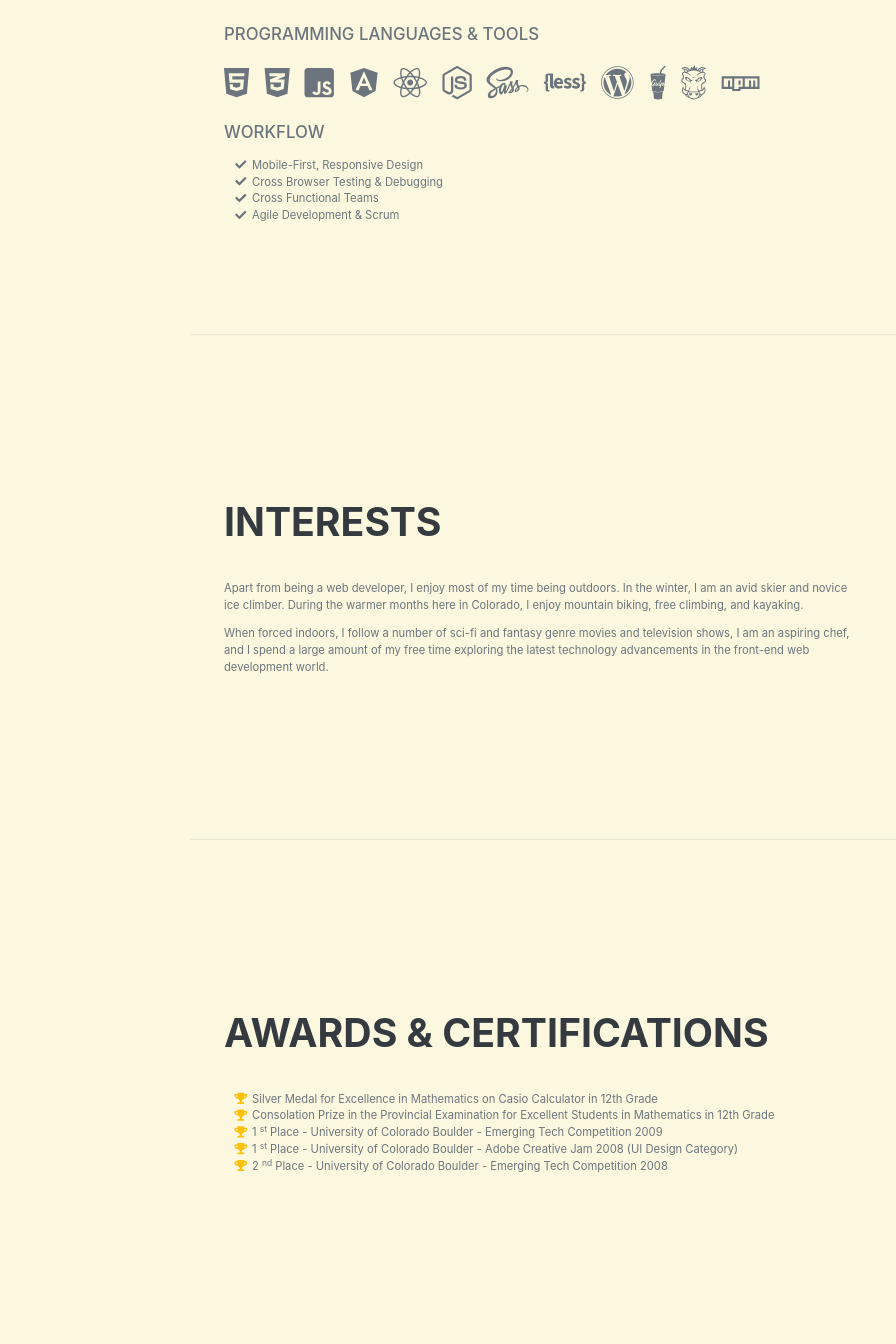
Repository: nguyenlcc/Online-CV
Page: index.html
These files come from the project's save history. The page is drawn as it stood at one moment and after the next save; the edit follows.
The browser window is 1280 px wide. The pictures show the part of the page from y = 2890 to 4810 px (the page is 4810 px tall), at 70% of full size.
Some web fonts or font styles are not loaded; a fallback is used. Some web libraries are served in a nearby version.

Above is the page before, as saved 2022-05-22 15:43:08.

### index.html
<!DOCTYPE html>
<html lang="en">
  <head>
    <meta charset="utf-8" />
    <meta
      name="viewport"
      content="width=device-width, initial-scale=1, shrink-to-fit=no"
    />
    <meta name="description" content="" />
    <meta name="author" content="" />
    <title>Resume - Start Bootstrap Theme</title>
    <link rel="icon" type="image/x-icon" href="assets/img/favicon.ico" />
    <!-- Font Awesome icons (free version)-->
    <script
      src="https://use.fontawesome.com/releases/v5.13.0/js/all.js"
      crossorigin="anonymous"
    ></script>
    <!-- Google fonts-->
    <link
      href="https://fonts.googleapis.com/css?family=Saira+Extra+Condensed:500,700"
      rel="stylesheet"
      type="text/css"
    />
    <link
      href="https://fonts.googleapis.com/css?family=Muli:400,400i,800,800i"
      rel="stylesheet"
      type="text/css"
    />
    <!-- Core theme CSS (includes Bootstrap)-->
    <link href="css/styles.css" rel="stylesheet" />
  </head>
  <body id="page-top">
    <!-- Navigation-->
    <nav
      class="navbar navbar-expand-lg navbar-dark bg-primary fixed-top"
      id="sideNav"
    >
      <a class="navbar-brand js-scroll-trigger" href="#page-top">
        <span class="d-block d-lg-none">LE CONG NGUYEN</span>
        <span class="d-none d-lg-block"
          ><img
            class="img-fluid img-profile rounded-circle mx-auto mb-2"
            src="assets/img/profile.jpg"
            alt=""
        /></span>
      </a>
      <button
        class="navbar-toggler"
        type="button"
        data-toggle="collapse"
        data-target="#navbarSupportedContent"
        aria-controls="navbarSupportedContent"
        aria-expanded="false"
        aria-label="Toggle navigation"
      >
        <span class="navbar-toggler-icon"></span>
      </button>
      <div class="collapse navbar-collapse" id="navbarSupportedContent">
        <ul class="navbar-nav">
          <li class="nav-item">
            <a class="nav-link js-scroll-trigger" href="#about">About</a>
          </li>
          <li class="nav-item">
            <a class="nav-link js-scroll-trigger" href="#experience"
              >Experience</a
            >
          </li>
          <li class="nav-item">
            <a class="nav-link js-scroll-trigger" href="#education"
              >Education</a
            >
          </li>
          <li class="nav-item">
            <a class="nav-link js-scroll-trigger" href="#skills">Skills</a>
          </li>
          <li class="nav-item">
            <a class="nav-link js-scroll-trigger" href="#interests"
              >Interests</a
            >
          </li>
          <li class="nav-item">
            <a class="nav-link js-scroll-trigger" href="#awards">Awards</a>
          </li>
        </ul>
      </div>
    </nav>
    <!-- Page Content-->
    <div class="container-fluid p-0">
      <!-- About-->
      <section class="resume-section" id="about">
        <div class="resume-section-content">
          <h1 class="mb-0">
            LE CONG
            <span class="text-primary">NGUYEN</span>
          </h1>
          <div class="subheading mb-5">
            THINH LIET, HOANG MAI, HA NOI · 0904532091 ·
            <a href="mailto:name@email.com">nguyen.lc41@gmail.com</a>
          </div>
          <p class="lead mb-5">
            I am experienced in leveraging agile frameworks to provide a robust
            synopsis for high level overviews. Iterative approaches to corporate
            strategy foster collaborative thinking to further the overall value
            proposition.
          </p>
          <div class="social-icons">
            <a class="social-icon" href="https://www.linkedin.com/in/nguy%C3%AAn-l%C3%AA-c%C3%B4ng-0b1731233/"
              ><i class="fab fa-linkedin-in"></i
            ></a>
            <a class="social-icon" href="https://github.com/nguyenlecong"><i class="fab fa-github"></i></a>
            <a class="social-icon" href="https://twitter.com/vi3ix_"><i class="fab fa-twitter"></i></a>
            <a class="social-icon" href="https://www.facebook.com/nguyenlc5139/"
              ><i class="fab fa-facebook-f"></i
            ></a>
          </div>
        </div>
      </section>
      <hr class="m-0" />
      <!-- Experience-->
      <section class="resume-section" id="experience">
        <div class="resume-section-content">
          <h2 class="mb-5">Experience</h2>
          <div
            class="d-flex flex-column flex-md-row justify-content-between mb-5"
          >
            <div class="flex-grow-1">
              <h3 class="mb-0">Senior Web Developer</h3>
              <div class="subheading mb-3">Intelitec Solutions</div>
              <p>
                Bring to the table win-win survival strategies to ensure
                proactive domination. At the end of the day, going forward, a
                new normal that has evolved from generation X is on the runway
                heading towards a streamlined cloud solution. User generated
                content in real-time will have multiple touchpoints for
                offshoring.
              </p>
            </div>
            <div class="flex-shrink-0">
              <span class="text-primary">March 2013 - Present</span>
            </div>
          </div>
          <div
            class="d-flex flex-column flex-md-row justify-content-between mb-5"
          >
            <div class="flex-grow-1">
              <h3 class="mb-0">Web Developer</h3>
              <div class="subheading mb-3">Intelitec Solutions</div>
              <p>
                Capitalize on low hanging fruit to identify a ballpark value
                added activity to beta test. Override the digital divide with
                additional clickthroughs from DevOps. Nanotechnology immersion
                along the information highway will close the loop on focusing
                solely on the bottom line.
              </p>
            </div>
            <div class="flex-shrink-0">
              <span class="text-primary">December 2011 - March 2013</span>
            </div>
          </div>
          <div
            class="d-flex flex-column flex-md-row justify-content-between mb-5"
          >
            <div class="flex-grow-1">
              <h3 class="mb-0">Junior Web Designer</h3>
              <div class="subheading mb-3">Shout! Media Productions</div>
              <p>
                Podcasting operational change management inside of workflows to
                establish a framework. Taking seamless key performance
                indicators offline to maximise the long tail. Keeping your eye
                on the ball while performing a deep dive on the start-up
                mentality to derive convergence on cross-platform integration.
              </p>
            </div>
            <div class="flex-shrink-0">
              <span class="text-primary">July 2010 - December 2011</span>
            </div>
          </div>
          <div class="d-flex flex-column flex-md-row justify-content-between">
            <div class="flex-grow-1">
              <h3 class="mb-0">Web Design Intern</h3>
              <div class="subheading mb-3">Shout! Media Productions</div>
              <p>
                Collaboratively administrate empowered markets via plug-and-play
                networks. Dynamically procrastinate B2C users after installed
                base benefits. Dramatically visualize customer directed
                convergence without revolutionary ROI.
              </p>
            </div>
            <div class="flex-shrink-0">
              <span class="text-primary">September 2008 - June 2010</span>
            </div>
          </div>
        </div>
      </section>
      <hr class="m-0" />
      <!-- Education-->
      <section class="resume-section" id="education">
        <div class="resume-section-content">
          <h2 class="mb-5">Education</h2>
          <div
            class="d-flex flex-column flex-md-row justify-content-between mb-5"
          >
            <div class="flex-grow-1">
              <h3 class="mb-0">HANOI UNIVERSITY OF SCIENCE AND TECHNOLOGY</h3>
              <div class="subheading mb-3">
                SCHOOL OF INFORMATION AND COMMUNICATION TECHNOLOGY
              </div>
              <div>Computer Science</div>
              <p>GPA: 3.16</p>
            </div>
            <div class="flex-shrink-0">
              <span class="text-primary">August 2017 - Now</span>
            </div>
          </div>
          <!-- <div class="d-flex flex-column flex-md-row justify-content-between">
            <div class="flex-grow-1">
              <h3 class="mb-0">James Buchanan High School</h3>
              <div class="subheading mb-3">Technology Magnet Program</div>
              <p>GPA: 3.56</p>
            </div>
            <div class="flex-shrink-0">
              <span class="text-primary">August 2002 - May 2006</span>
            </div> -->
          </div>
        </div>
      </section>
      <hr class="m-0" />
      <!-- Skills-->
      <section class="resume-section" id="skills">
        <div class="resume-section-content">
          <h2 class="mb-5">Skills</h2>
          <div class="subheading mb-3">Programming Languages & Tools</div>
          <ul class="list-inline dev-icons">
            <li class="list-inline-item"><i class="fab fa-html5"></i></li>
            <li class="list-inline-item"><i class="fab fa-css3-alt"></i></li>
            <li class="list-inline-item"><i class="fab fa-js-square"></i></li>
            <li class="list-inline-item"><i class="fab fa-angular"></i></li>
            <li class="list-inline-item"><i class="fab fa-react"></i></li>
            <li class="list-inline-item"><i class="fab fa-node-js"></i></li>
            <li class="list-inline-item"><i class="fab fa-sass"></i></li>
            <li class="list-inline-item"><i class="fab fa-less"></i></li>
            <li class="list-inline-item"><i class="fab fa-wordpress"></i></li>
            <li class="list-inline-item"><i class="fab fa-gulp"></i></li>
            <li class="list-inline-item"><i class="fab fa-grunt"></i></li>
            <li class="list-inline-item"><i class="fab fa-npm"></i></li>
          </ul>
          <div class="subheading mb-3">Workflow</div>
          <ul class="fa-ul mb-0">
            <li>
              <span class="fa-li"><i class="fas fa-check"></i></span>
              Mobile-First, Responsive Design
            </li>
            <li>
              <span class="fa-li"><i class="fas fa-check"></i></span>
              Cross Browser Testing & Debugging
            </li>
            <li>
              <span class="fa-li"><i class="fas fa-check"></i></span>
              Cross Functional Teams
            </li>
            <li>
              <span class="fa-li"><i class="fas fa-check"></i></span>
              Agile Development & Scrum
            </li>
          </ul>
        </div>
      </section>
      <hr class="m-0" />
      <!-- Interests-->
      <section class="resume-section" id="interests">
        <div class="resume-section-content">
          <h2 class="mb-5">Interests</h2>
          <p>
            Apart from being a web developer, I enjoy most of my time being
            outdoors. In the winter, I am an avid skier and novice ice climber.
            During the warmer months here in Colorado, I enjoy mountain biking,
            free climbing, and kayaking.
          </p>
          <p class="mb-0">
            When forced indoors, I follow a number of sci-fi and fantasy genre
            movies and television shows, I am an aspiring chef, and I spend a
            large amount of my free time exploring the latest technology
            advancements in the front-end web development world.
          </p>
        </div>
      </section>
      <hr class="m-0" />
      <!-- Awards-->
      <section class="resume-section" id="awards">
        <div class="resume-section-content">
          <h2 class="mb-5">Awards & Certifications</h2>
          <ul class="fa-ul mb-0">
            <li>
              <span class="fa-li"
                ><i class="fas fa-trophy text-warning"></i
              ></span>
              Silver Medal for Excellence in Mathematics on Casio Calculator in 12th Grade
            </li>
            <li>
              <span class="fa-li"
                ><i class="fas fa-trophy text-warning"></i
              ></span>
              Consolation Prize in the Provincial Examination for Excellent Students in Mathematics in 12th Grade
            </li>
            <li>
              <span class="fa-li"
                ><i class="fas fa-trophy text-warning"></i
              ></span>
              1
              <sup>st</sup>
              Place - University of Colorado Boulder - Emerging Tech Competition
              2009
            </li>
            <li>
              <span class="fa-li"
                ><i class="fas fa-trophy text-warning"></i
              ></span>
              1
              <sup>st</sup>
              Place - University of Colorado Boulder - Adobe Creative Jam 2008
              (UI Design Category)
            </li>
            <li>
              <span class="fa-li"
                ><i class="fas fa-trophy text-warning"></i
              ></span>
              2
              <sup>nd</sup>
              Place - University of Colorado Boulder - Emerging Tech Competition
              2008
            </li>

          </ul>
        </div>
      </section>
    </div>
    <!-- Bootstrap core JS-->
    <script src="https://cdnjs.cloudflare.com/ajax/libs/jquery/3.5.1/jquery.min.js"></script>
    <script src="https://stackpath.bootstrapcdn.com/bootstrap/4.5.0/js/bootstrap.bundle.min.js"></script>
    <!-- Third party plugin JS-->
    <script src="https://cdnjs.cloudflare.com/ajax/libs/jquery-easing/1.4.1/jquery.easing.min.js"></script>
    <!-- Core theme JS-->
    <script src="js/scripts.js"></script>
  </body>
</html>

### js/scripts.js
/*!
    * Start Bootstrap - Resume v6.0.1 (https://startbootstrap.com/template-overviews/resume)
    * Copyright 2013-2020 Start Bootstrap
    * Licensed under MIT (https://github.com/StartBootstrap/startbootstrap-resume/blob/master/LICENSE)
    */
    (function ($) {
    "use strict"; // Start of use strict

    // Smooth scrolling using jQuery easing
    $('a.js-scroll-trigger[href*="#"]:not([href="#"])').click(function () {
        if (
            location.pathname.replace(/^\//, "") ==
                this.pathname.replace(/^\//, "") &&
            location.hostname == this.hostname
        ) {
            var target = $(this.hash);
            target = target.length
                ? target
                : $("[name=" + this.hash.slice(1) + "]");
            if (target.length) {
                $("html, body").animate(
                    {
                        scrollTop: target.offset().top,
                    },
                    1000,
                    "easeInOutExpo"
                );
                return false;
            }
        }
    });

    // Closes responsive menu when a scroll trigger link is clicked
    $(".js-scroll-trigger").click(function () {
        $(".navbar-collapse").collapse("hide");
    });

    // Activate scrollspy to add active class to navbar items on scroll
    $("body").scrollspy({
        target: "#sideNav",
    });
})(jQuery); // End of use strict

Loaded but not shown: css/styles.css (library)

After the next save:
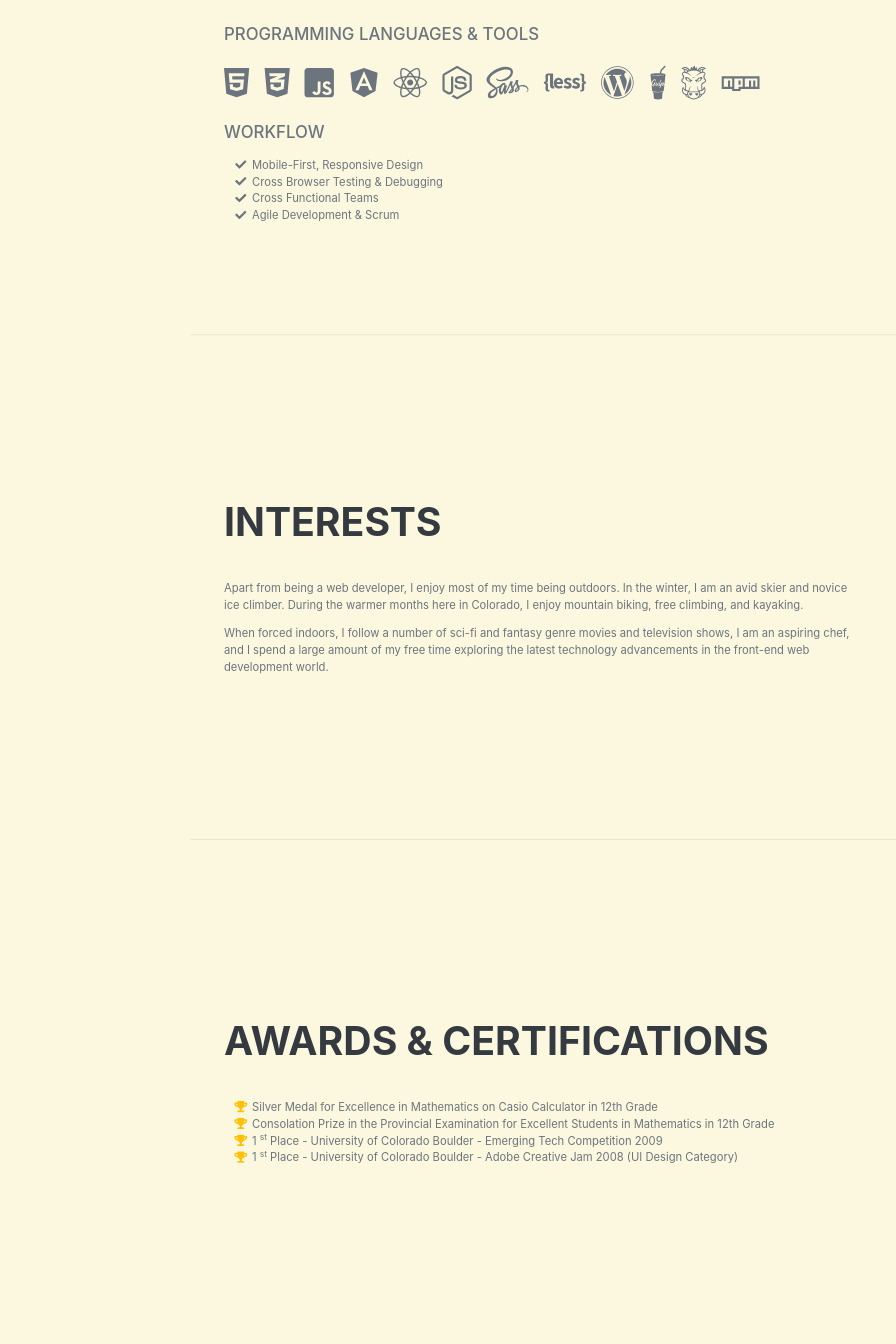
Saved 12 s later.
--- a/index.html
+++ b/index.html
@@ -320,16 +320,6 @@
               Place - University of Colorado Boulder - Adobe Creative Jam 2008
               (UI Design Category)
             </li>
-            <li>
-              <span class="fa-li"
-                ><i class="fas fa-trophy text-warning"></i
-              ></span>
-              2
-              <sup>nd</sup>
-              Place - University of Colorado Boulder - Emerging Tech Competition
-              2008
-            </li>
-
           </ul>
         </div>
       </section>
